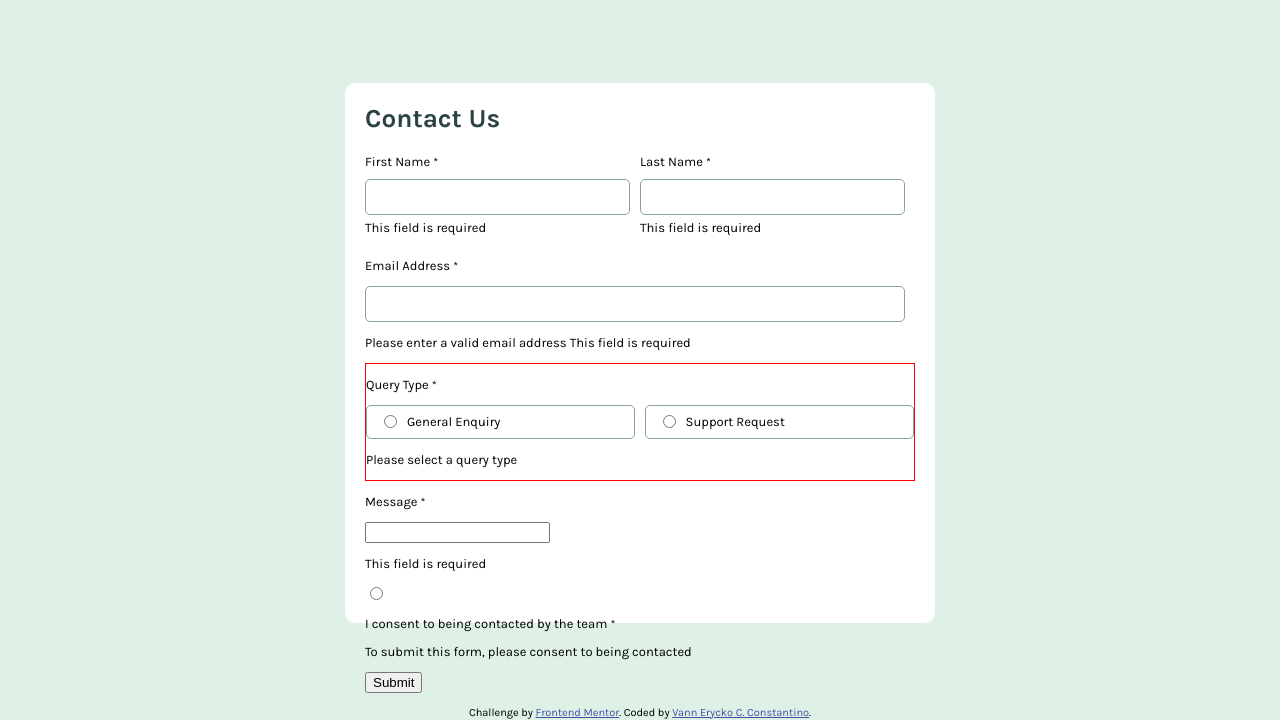
Repository: kocokoy/contact-form
Page: contact-form-main/index.html
The author's editor kept a copy of each file at every save. The page is drawn from the files as they stood at one save, then again after the next save.
The browser window is 1280 px wide. The pictures show the whole page.

Above is the page before, as saved 2024-10-24 09:53:38.

### contact-form-main/index.html
<!DOCTYPE html>
<html lang="en">
<head>
  <meta charset="UTF-8">
  <meta name="viewport" content="width=device-width, initial-scale=1.0"> <!-- displays site properly based on user's device -->

  <link rel="icon" type="image/png" sizes="32x32" href="./assets/images/favicon-32x32.png">
  <link rel="stylesheet" href="/contact-form-main/styles/style.css">
  <link rel="preconnect" href="https://fonts.googleapis.com">
  <link rel="preconnect" href="https://fonts.gstatic.com" crossorigin>
  <link href="https://fonts.googleapis.com/css2?family=Karla:ital,wght@0,200..800;1,200..800&family=Red+Hat+Text:ital,wght@0,300..700;1,300..700&display=swap" rel="stylesheet">
  <title>Frontend Mentor | Contact form</title>

  <!-- Feel free to remove these styles or customise in your own stylesheet 👍 -->
  <style>
    .attribution { font-size: 11px; text-align: center; }
    .attribution a { color: hsl(228, 45%, 44%); }
  </style>
</head>
<body>
  <div class="container">
    <div class="contact-form-card">
      <h1 class="contact-us-header">
        Contact Us
      </h1>
      <div class="name-section">
        <div class="first-name-section">
          <p>
            First Name
            <span>*</span>
          </p>
          <input type="text" name="" id="">
          <p>
            This field is required
          </p>
        </div>
        <div class="last-name-section">
          <p>
            Last Name
            <span>*</span>
          </p>
          <input type="text" name="" id="">
          <p>
            This field is required
          </p>
        </div>
      </div>
      <div class="email-section">
        <p>Email Address  <span>*</span></p>
        <input type="text">
        <p>Please enter a valid email address
          This field is required</p>
      </div>
      <div class="query-type-section">
        <p>Query Type  <span>*</span></p>
        <div class="radio-query-type-section">
          <div class="general-radio-query-type-section">
            <input type="radio">
            General Enquiry
          </div>
          <div class="support-radio-query-type-section">
            <input type="radio">
            Support Request
          </div>
        </div>
        <p>Please select a query type</p>
      </div>
      <div class="message-section">
        <p>Message  <span>*</span></p>
        <input type="text">
        <p>This field is required</p>
      </div>
      <div class="consent-section">
        <div>
          <input type="radio">
          <p>I consent to being contacted by the team  <span>*</span></p>
        </div>
        <p> To submit this form, please consent to being contacted</p>
      </div>
      <div class="submit-btn-section">
        <button>
          Submit</button>
      </div>
    </div>
  </div>




  <!-- Message Sent!
  Thanks for completing the form. We'll be in touch soon! -->

  <div class="attribution">
    Challenge by <a href="https://www.frontendmentor.io?ref=challenge">Frontend Mentor</a>.
    Coded by <a href="#">Vann Erycko C. Constantino</a>.
  </div>
</body>
</html>

### contact-form-main/styles/style.css
:root{
  /* Primary */
  --Green200: hsl(148, 38%, 91%);
  --Green600: hsl(169, 82%, 27%);
  --Red:hsl(0, 66%, 54%);

  --White: hsl(0, 0%, 100%);
  --Grey500: hsl(186, 15%, 59%);
  --Grey900: hsl(187, 24%, 22%);
}

body{
  padding: 0;
  margin: 0;
  background-color: var(--Green200);
  font-family: Karla;
  font-size: 13px;
  font-weight: 400;
}

span {
  font-size: 12px;
}

.container{
  display: flex;
  align-items: center;
  justify-content: center;
  height: 98vh;
}

.contact-form-card{
  display: flex;
  flex-direction: column;
  border: 1px  var(--Grey500);
  background-color: var(--White);
  height: 500px;
  width: 550px;
  border-radius: 10px;
  padding: 20px;
}

.contact-us-header{
  padding: 0;
  margin: 0;
  font-weight: 700;
  color: var(--Grey900);
}

.name-section{
  display: flex;
  flex-direction: row;
  justify-content: space-between;
  padding-top: 15px;
}

.name-section p{
  /* border: 1px solid red; */
  margin: 5px 0;
  padding-bottom: 5px;
}

.name-section input{
 width: 94%;
 height: 32px;
 border: 1px solid var(--Grey500);
 border-radius: 5px;
}

.first-name-section, .last-name-section{
  width: 100%;
}

.email-section{
  display: flex;
  flex-direction: column;
}

.email-section input{
  width: 97%;
  height: 32px;
  border-radius: 5px;
  border: 1px solid var(--Grey500);
}

.query-type-section{
  border: 1px solid red;
  display: flex;
  flex-direction: column;
}

.query-type-section .radio-query-type-section{
  display: flex;
  flex-direction: row;
  justify-content: space-between;
}

.query-type-section .radio-query-type-section input{
  margin: 0 10px 0 17px;
  font-size: 5px;
}

.general-radio-query-type-section ,.support-radio-query-type-section{
  display: flex;
  flex-direction: row;
  align-items: center;
  height: 32px;
  border-radius: 5px;
  border: 1px solid var(--Grey500);
  width: 48.8%;
}

After the next save:
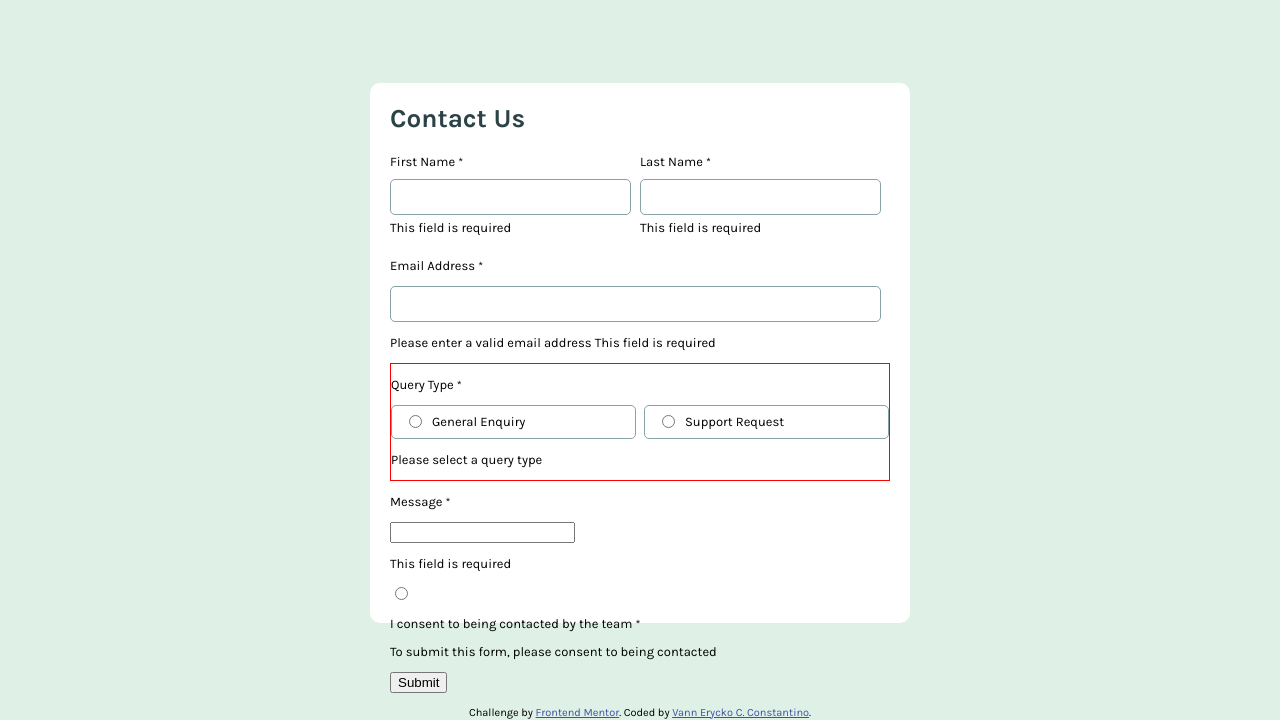
Saved 60 s later.
--- a/contact-form-main/styles/style.css
+++ b/contact-form-main/styles/style.css
@@ -32,10 +32,10 @@ span {
 .contact-form-card{
   display: flex;
   flex-direction: column;
-  border: 1px  var(--Grey500);
+  border: 1px var(--Grey500);
   background-color: var(--White);
   height: 500px;
-  width: 550px;
+  width: 500px;
   border-radius: 10px;
   padding: 20px;
 }
